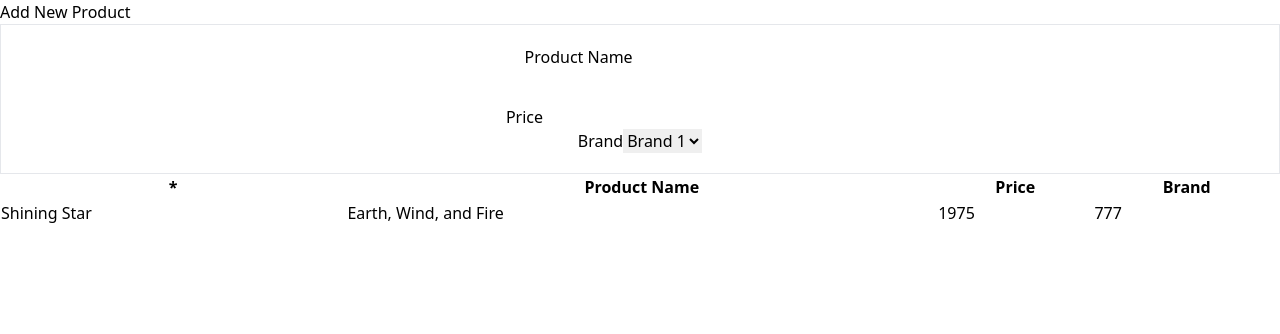
Repository: Semanmernstack/next-13-prisma-crud
Page: /product
The author's editor kept a copy of each file at every save. The page is drawn from the files as they stood at one save, then again after the next save.
The browser window is 1280 px wide. The pictures show the whole page.
The project was rebuilt for these pictures with package versions that can differ from the ones it lists, and the page was loaded fresh each time. The framework's server and built-in components were replaced by stand-ins that run in the browser. Also part of the build but not shown: next.config.js.

Above is the page before, as saved 2023-06-01 00:46:09.

After the next save:
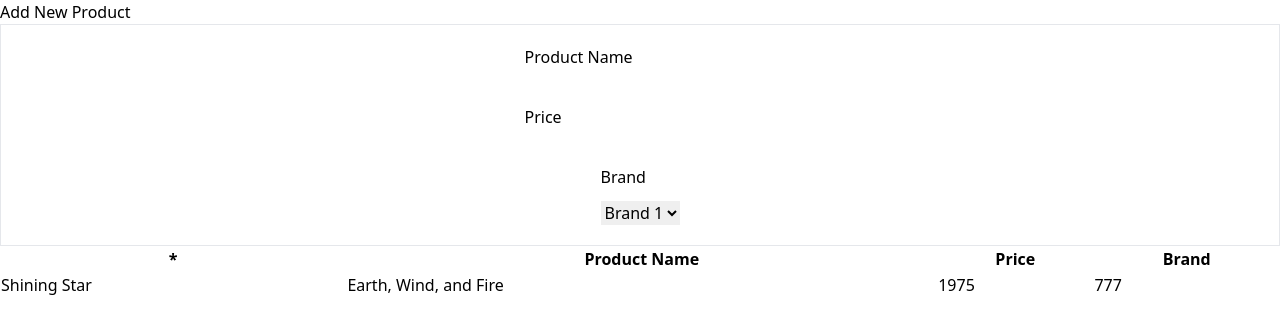
Saved 51 s later.
--- a/app/components/AddPrisma.tsx
+++ b/app/components/AddPrisma.tsx
@@ -18,11 +18,11 @@
                 <label>Product Name</label>
                 <input type="text" value={product} onChange={(e) => setProduct(e.target.value)} />
             </div>
-            <div>
+            <div className='flex flex-col space-y-3'>
                 <label >Price</label>
                 <input type="text" value={price} onChange={(e) => setPrice(e.target.value)} />
             </div>
-            <div>
+            <div className='flex flex-col space-y-3'  >
                 <label>Brand</label>
                 <select value={brand} onChange={(e) => setBrand(e.target.value)} >
                     <option value="" disabled>Brand 1</option>
